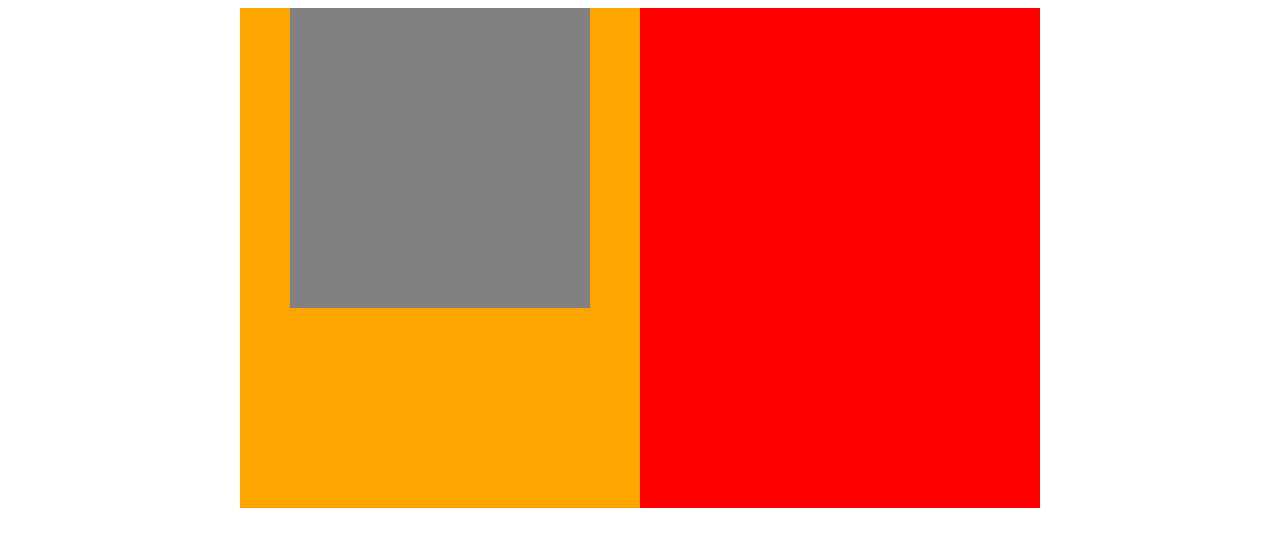
Repository: suhong99/htmlLecture
Page: cssSample3/src/main/webapp/index1.html
The author's editor kept a copy of each file at every save. The page is drawn from the files as they stood at one save, then again after the next save.
The browser window is 1280 px wide. The pictures show the whole page.

Above is the page before, as saved 2023-06-22 04:27:31.

### cssSample3/src/main/webapp/index1.html
<!DOCTYPE html>
<html>
<head>
<meta charset="UTF-8">
<title>Insert title here</title>
<style type="text/css">
#fullscreen{
	width:800px;
	height:500px;
	background-color: gray;
}

#left {
	width : 400px;
	height: 500px;
	background-color: orange;
	float:left;
}

#leftup{
	width:300px;
	height:300px;
	background-color:gray;
}
.right{
	width:400px;
	height:500px;
	background-color: red;
	float:left;
}
</style>
</head>
<body>

<div align="center">
	<div id="fullscreen">
		<div id="left">
			<div id="leftup"></div>
			<div id="leftdown"></div>
		</div>
		<div class="right">
			<div class="rightup"></div>
			<div class="rightdown"></div>
		</div>
	</div>
</div>

</body>
</html>

After the next save:
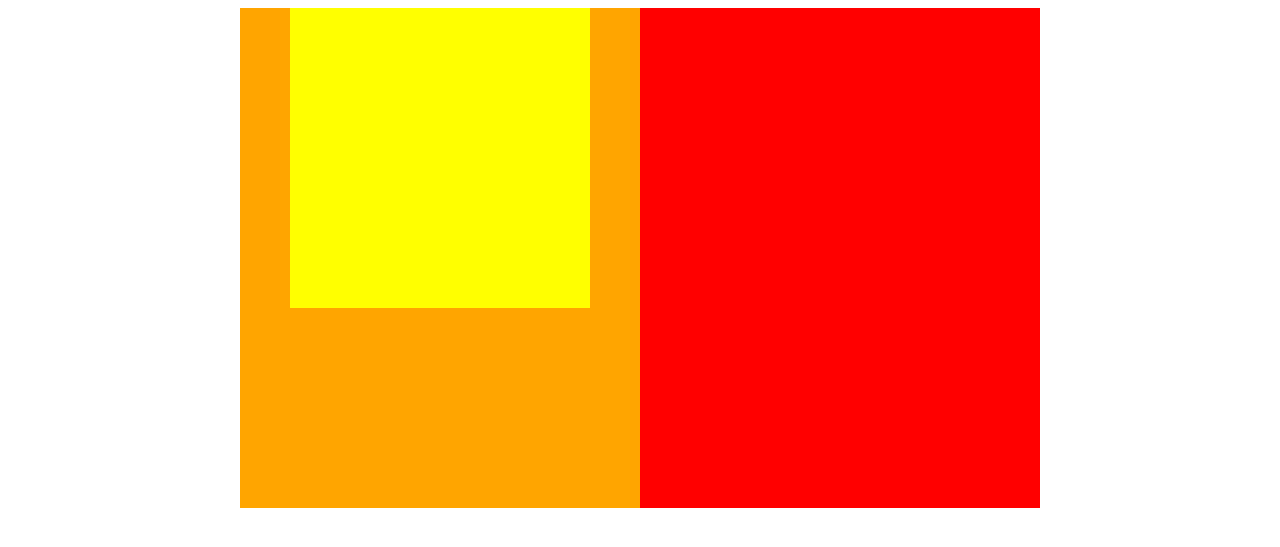
Saved 31 s later.
--- a/cssSample3/src/main/webapp/index1.html
+++ b/cssSample3/src/main/webapp/index1.html
@@ -20,7 +20,12 @@
 #leftup{
 	width:300px;
 	height:300px;
-	background-color:gray;
+	background-color:yellow;
+}
+#leftdown{
+	width:350px;
+	hegiht:300px;
+	background-color:green;
 }
 .right{
 	width:400px;
